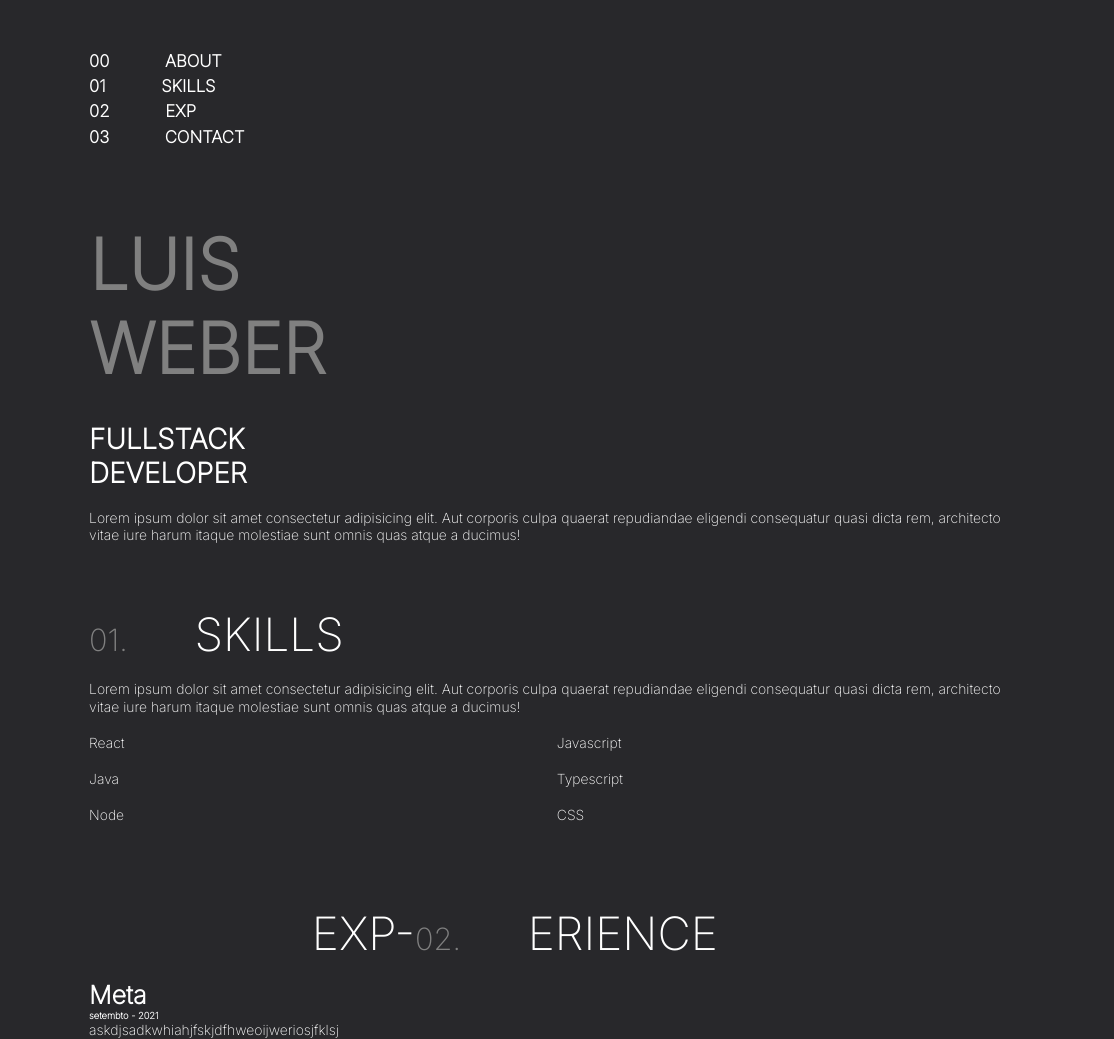
Repository: luiswh1/Portfolio
Page: /
An editor plug-in stored every save of this project. The page is shown before and after the next save, followed by the edit.
The browser window is 1280 px wide. The pictures show the whole page, at 87% of full size.
The project was rebuilt for these pictures with package versions that can differ from the ones it lists, and the page was loaded fresh each time.

Above is the page before, as saved 2023-05-28 16:41:55.

### public/index.html
<!DOCTYPE html>
<html lang="en">
  <head>
    <meta charset="utf-8" />
    <link rel="icon" href="%PUBLIC_URL%/favicon.ico" />
    <meta name="viewport" content="width=device-width, initial-scale=1" />
    <meta name="theme-color" content="#000000" />
    <meta
      name="description"
      content="Web site created using create-react-app"
    />
    <link rel="apple-touch-icon" href="%PUBLIC_URL%/logo192.png" />
    <!--
      manifest.json provides metadata used when your web app is installed on a
      user's mobile device or desktop. See https://developers.google.com/web/fundamentals/web-app-manifest/
    -->
    <link rel="manifest" href="%PUBLIC_URL%/manifest.json" />
    <!--
      Notice the use of %PUBLIC_URL% in the tags above.
      It will be replaced with the URL of the `public` folder during the build.
      Only files inside the `public` folder can be referenced from the HTML.

      Unlike "/favicon.ico" or "favicon.ico", "%PUBLIC_URL%/favicon.ico" will
      work correctly both with client-side routing and a non-root public URL.
      Learn how to configure a non-root public URL by running `npm run build`.
    -->

    <link rel="preconnect" href="https://fonts.googleapis.com">
    <link rel="preconnect" href="https://fonts.gstatic.com" crossorigin>
    <link href="https://fonts.googleapis.com/css2?family=Inter:wght@200&family=Poppins:wght@200;300&display=swap" rel="stylesheet">
    <title>React App</title>
  </head>
  <body>
    <noscript>You need to enable JavaScript to run this app.</noscript>
    <div id="root"></div>
    <!--
      This HTML file is a template.
      If you open it directly in the browser, you will see an empty page.

      You can add webfonts, meta tags, or analytics to this file.
      The build step will place the bundled scripts into the <body> tag.

      To begin the development, run `npm start` or `yarn start`.
      To create a production bundle, use `npm run build` or `yarn build`.
    -->
  </body>
</html>

### src/index.tsx
import React from 'react';
import ReactDOM from 'react-dom/client';
import App from './App';
import GlobalStyle from './styles/globalStyles';

const root = ReactDOM.createRoot(
  document.getElementById('root') as HTMLElement
);
root.render(
  <React.StrictMode>
    <GlobalStyle />
    <App />
  </React.StrictMode>
);

### src/App.tsx
import React from 'react';
import Home from './Pages/Home';

function App() {
  return (
   <Home />
  );
}

export default App;

### src/styles/globalStyles.tsx
import { createGlobalStyle } from 'styled-components'


const GlobalStyle = createGlobalStyle`
* {
    margin: 0;
    font-family: Inter;
  }

  html, body {
    height: 100%;
    background-color: #28282B;
    color: white;
  }

`

export default GlobalStyle

### src/Pages/Home.tsx
import React from "react";
import {
  Container,
  NameSection,
  StyledName,
  InnerContainer,
  Profession,
  About,
  LabelTitle,
  NumberIndex,
  IndexTitle,
  ListSkills,
  SkillItem,
  StyledSpanExp,
  Experience,
  Company,
} from "./HomeStyles";
import IndexList from "../Components/IndexList/IndexList";

const Home = () => {
  return (
    <Container>
      <InnerContainer>
        <IndexList />

        <NameSection>
          <StyledName>
            LUIS <br />
            WEBER
          </StyledName>
        </NameSection>

        <Profession>
          FULLSTACK <br />
          DEVELOPER
        </Profession>

        <About>
          Lorem ipsum dolor sit amet consectetur adipisicing elit. Aut corporis
          culpa quaerat repudiandae eligendi consequatur quasi dicta rem,
          architecto vitae iure harum itaque molestiae sunt omnis quas atque a
          ducimus!
        </About>

        <LabelTitle>
          <NumberIndex>01.</NumberIndex>
          <IndexTitle>SKILLS</IndexTitle>
        </LabelTitle>

        <About>
          Lorem ipsum dolor sit amet consectetur adipisicing elit. Aut corporis
          culpa quaerat repudiandae eligendi consequatur quasi dicta rem,
          architecto vitae iure harum itaque molestiae sunt omnis quas atque a
          ducimus!
        </About>

        <ListSkills>
          <SkillItem>React</SkillItem>
          <SkillItem>Javascript</SkillItem>
          <SkillItem>Java</SkillItem>
          <SkillItem>Typescript</SkillItem>
          <SkillItem>Node</SkillItem>
          <SkillItem>CSS</SkillItem>
        </ListSkills>

        <LabelTitle>
          <StyledSpanExp>EXP-</StyledSpanExp>
          <NumberIndex>02.</NumberIndex>
          <IndexTitle>ERIENCE</IndexTitle>
        </LabelTitle>

        <Experience>
            <Company>Meta</Company>
            <h6>setembto - 2021</h6>
            <p>askdjsadkwhiahjfskjdfhweoijweriosjfklsj</p>
        </Experience>

      </InnerContainer>
    </Container>
  );
};

export default Home;

### src/Pages/HomeStyles.tsx
import { styled } from "styled-components";

export const Container = styled.div`
  width: 100%;
  height: 100%;
  overflow: hidden;
`;

export const InnerContainer = styled.div`
  margin-left: 8vw;
  margin-right: 8vw;
`;

export const NameSection = styled.div`
  width: 100%;
  height: 100%;
  margin-top: 12vh;
`;

export const StyledName = styled.h1`
  font-size: 5em;
  color: gray;
`;

export const Profession = styled.h1`
margin-top: 5vh;
`

export const About = styled.p`
margin-top: 3vh;
color: white;
`
export const LabelTitle = styled.div`
margin-top: 10vh;
`

export const NumberIndex = styled.span`
  font-size: 2.2em;
  color: gray;
  margin-right: 3vw;
`;

export const IndexTitle = styled.span`
  font-size: 3.3em;
  color: white;
  margin-left: 3vw;
`;


export const ListSkills = styled.div`
margin-top: 3vh;
display: flex;
  flex-wrap: wrap;
`;

export const SkillItem = styled.span`
flex-basis: 50%;
margin-bottom: 3vh;
color: white;
`;

export const StyledSpanExp = styled.span`
font-size: 3.3em;
color: white;
margin-left: 20vw;
`

export const Experience = styled.section`
margin-top: 3vh;
`

export const Company = styled.h5`
font-size: 1.8em;
`

export const Date = styled.h6`
font-size: 1.6em;
`

### src/Components/IndexList/IndexList.tsx
import React from "react";
import { Sections, SectionItem } from "./IndexListStyles";

const IndexList = () => {
  return (
    <>
      <Sections>
        <SectionItem>
          <span>00</span>
          <span>ABOUT</span>
        </SectionItem>
        <SectionItem>
          <span>01</span>
          <span>SKILLS</span>
        </SectionItem>
        <SectionItem>
          <span>02</span>
          <span>EXP</span>
        </SectionItem>
        <SectionItem>
          <span>03</span>
          <span>CONTACT</span>
        </SectionItem>
      </Sections>
    </>
  );
};

export default IndexList;

### src/Components/IndexList/IndexListStyles.tsx
import { styled } from "styled-components";

export const Sections = styled.div`
margin-top: 8vh;
`

export const SectionItem = styled.span`
color: white;
font-size: 1.2rem;
font-weight: bold;
display: block;
span:first-child {
    margin-right: 5vw;
  }
  margin-top: 5px;
`

After the next save:
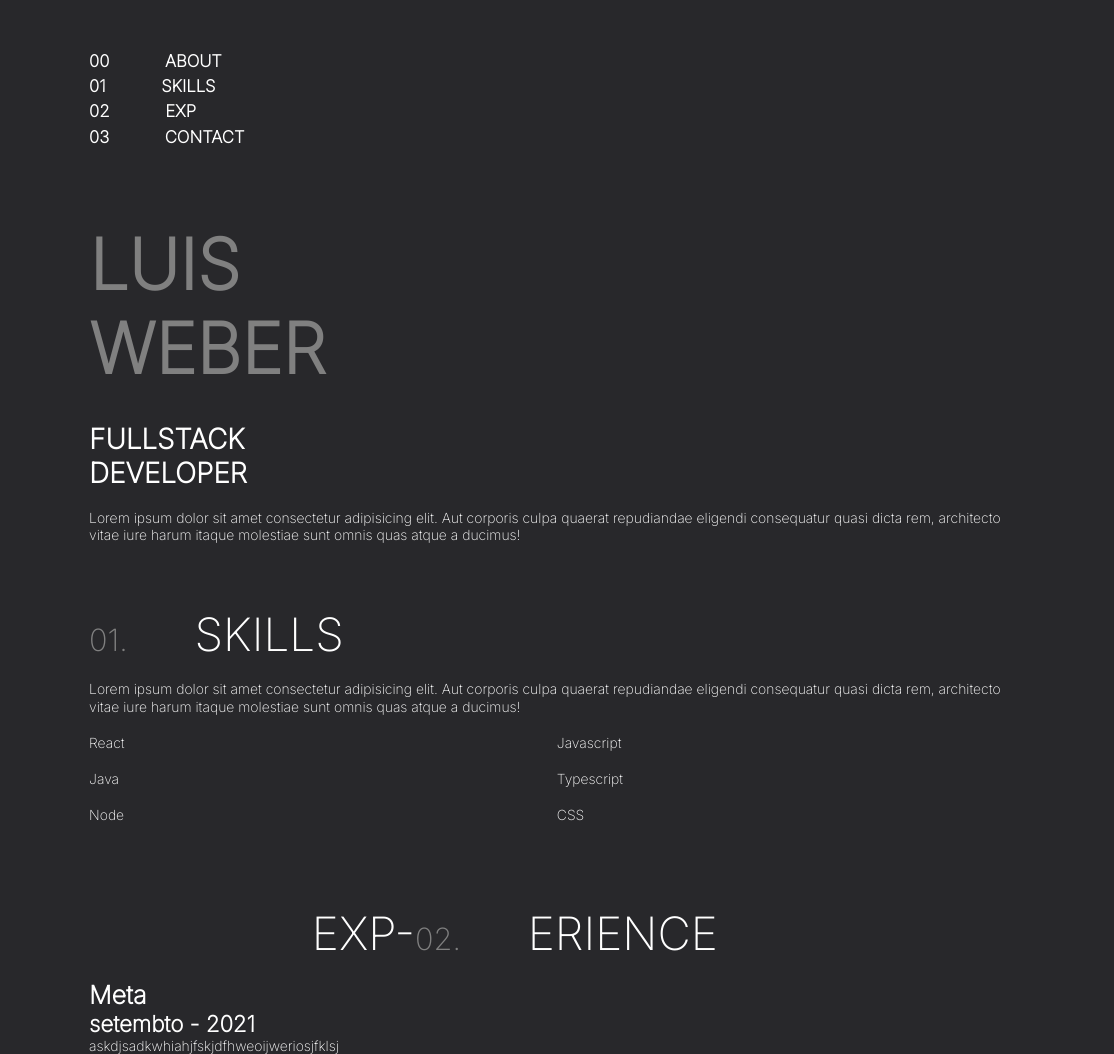
Saved 18 s later.
--- a/src/Pages/Home.tsx
+++ b/src/Pages/Home.tsx
@@ -14,6 +14,7 @@ import {
   StyledSpanExp,
   Experience,
   Company,
+  Date,
 } from "./HomeStyles";
 import IndexList from "../Components/IndexList/IndexList";
 
@@ -71,7 +72,7 @@ const Home = () => {
 
         <Experience>
             <Company>Meta</Company>
-            <h6>setembto - 2021</h6>
+            <Date>setembto - 2021</Date>
             <p>askdjsadkwhiahjfskjdfhweoijweriosjfklsj</p>
         </Experience>
 
